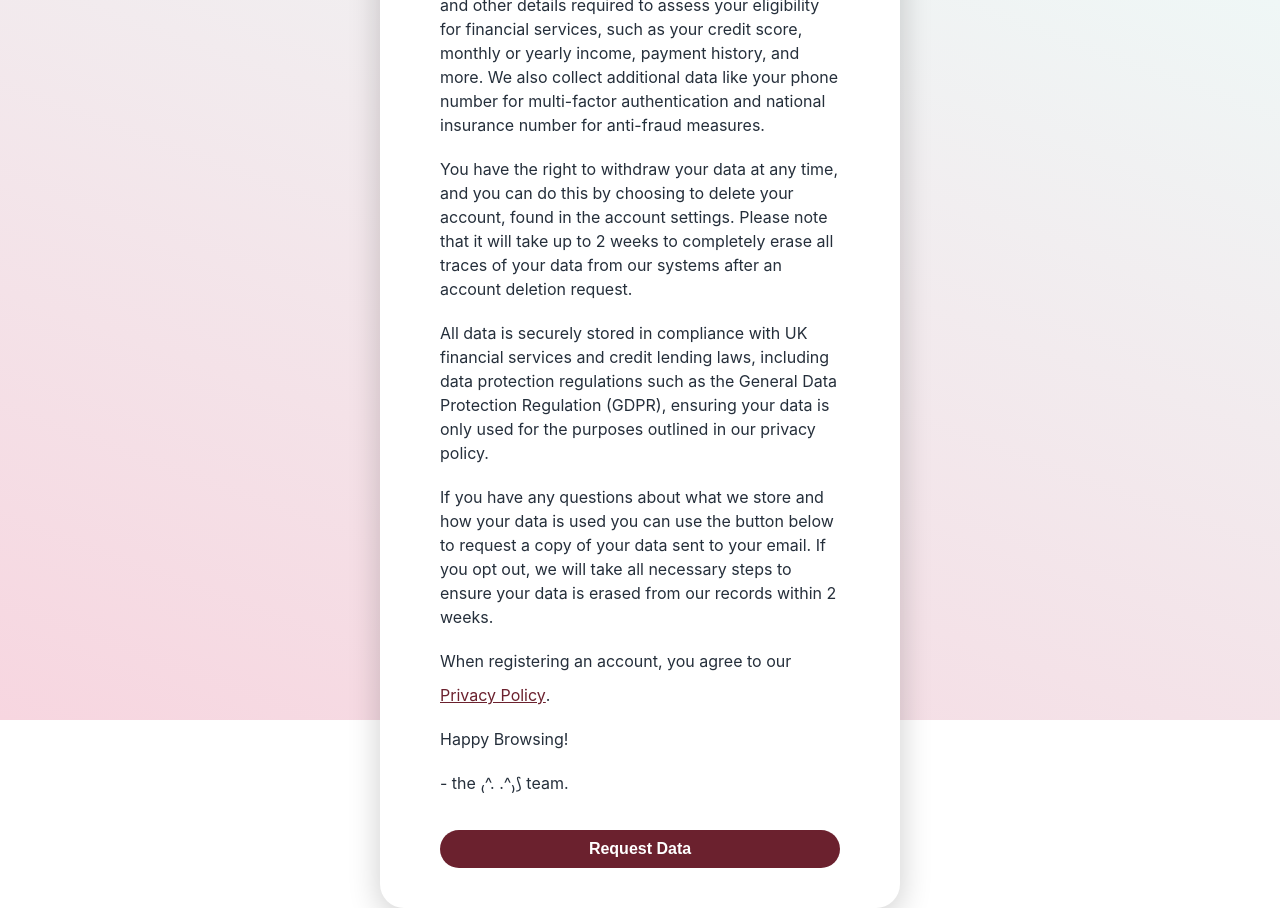
Repository: aab232/https---github.com-aab232-Deferred-Payment-Platform
Page: /privacy (app in frontend/)
These files come from the project's save history. The page is drawn as it stood at one moment and after the next save; the edit follows.
The browser window is 1280 px wide. The pictures show the whole page.
The project was rebuilt for these pictures with package versions that can differ from the ones it lists, and the page was loaded fresh each time. Also part of the build but not shown: frontend/src/components/Home.js, frontend/src/components/Register.js, frontend/src/components/Login.js, frontend/src/components/Main.css, frontend/src/components/Main.js, frontend/src/components/BackButton.css, frontend/src/components/BackButton.js, frontend/src/components/Settings.js.

Above is the page before, as saved 2025-04-01 02:22:35.

After the next save:
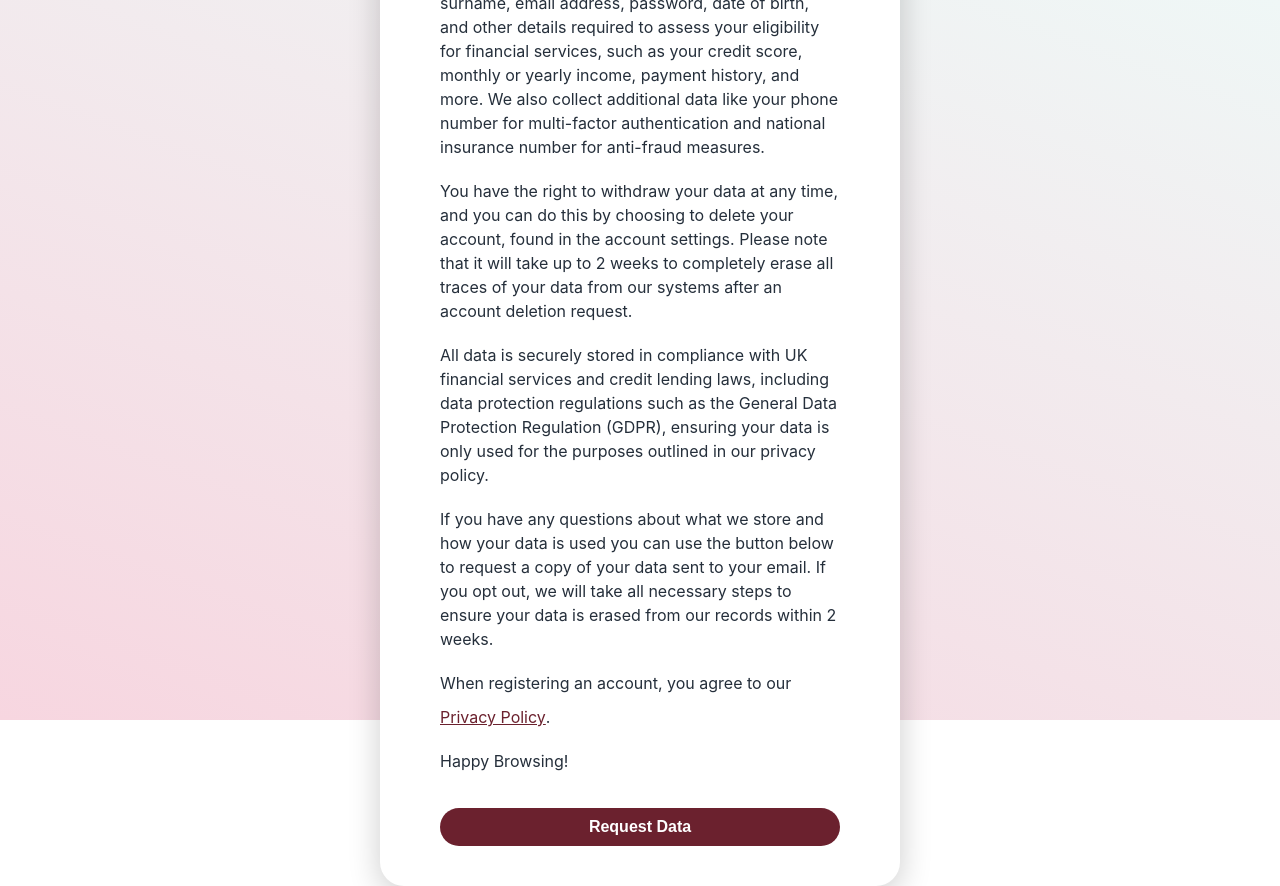
Saved 41 s later.
--- a/frontend/src/components/Privacy.js
+++ b/frontend/src/components/Privacy.js
@@ -18,8 +18,6 @@ const Privacy = () => {
         <p>When registering an account, you agree to our <span className="link">Privacy Policy</span>.</p>
 
         <p>Happy Browsing!</p>
-
-        <p>- the ₍^. .^₎⟆ team.</p>
         <button class="request-data-btn">Request Data</button>
       </div>
     </div>
